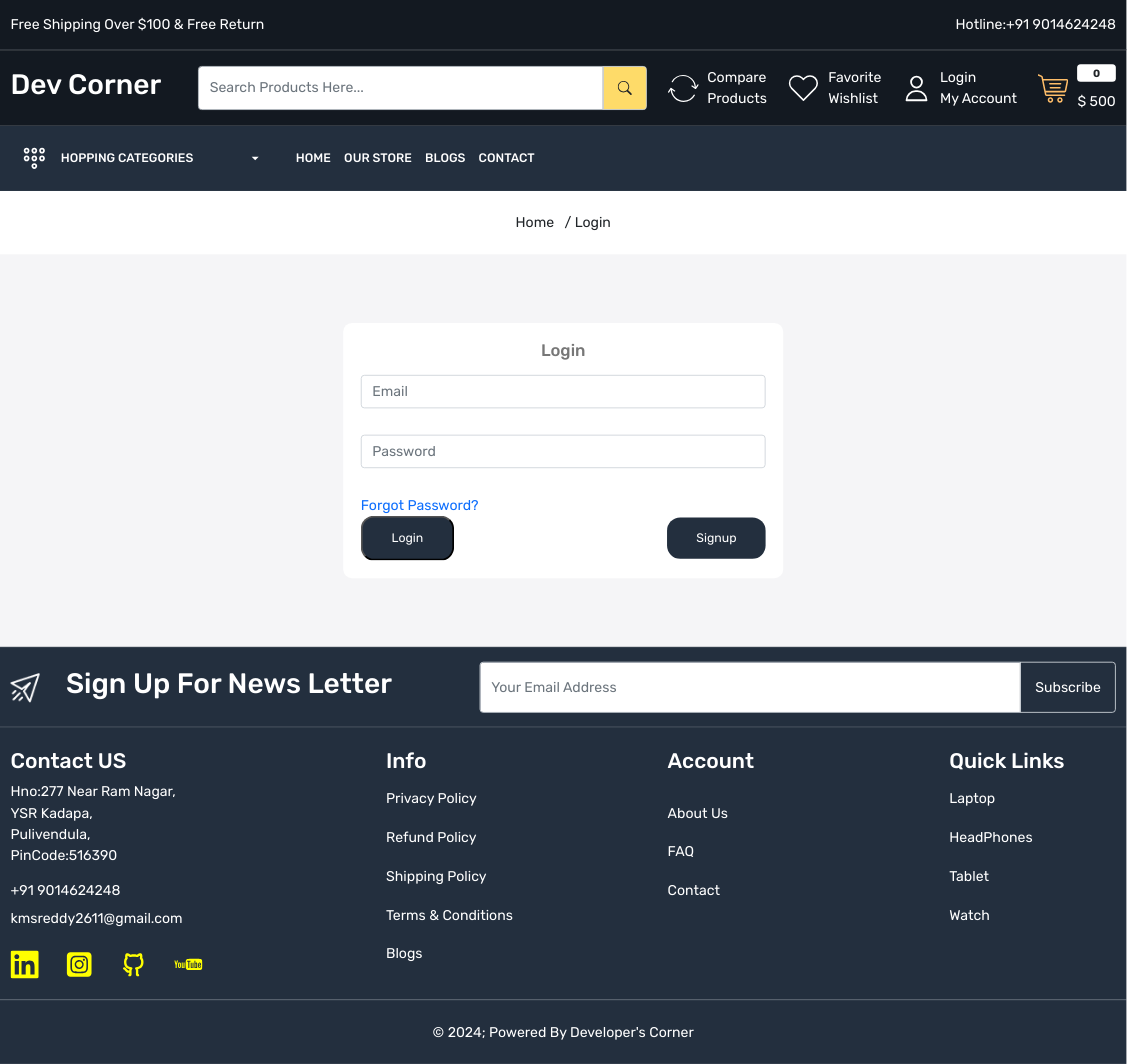
Repository: maniheist/ecommerce-app
Page: /login
These files come from the project's save history. The page is drawn as it stood at one moment and after the next save; the edit follows.
The browser window is 1280 px wide. The page is 1292 px wide, so the pictures cover 1292 px, including what lies to the right of the window. The pictures show the whole page, at 88% of full size.
The project was rebuilt for these pictures with package versions that can differ from the ones it lists, and the page was loaded fresh each time. Also part of the build but not shown: src/components/BlogCard.js, src/components/ProductCard.js, src/components/SpecialProduct.js, src/pages/Home.js, src/pages/About.js, src/pages/Contact.js, src/components/Color.js, src/pages/OurStore.js and 3 more.

Above is the page before, as saved 2024-02-20 15:19:11.

After the next save:
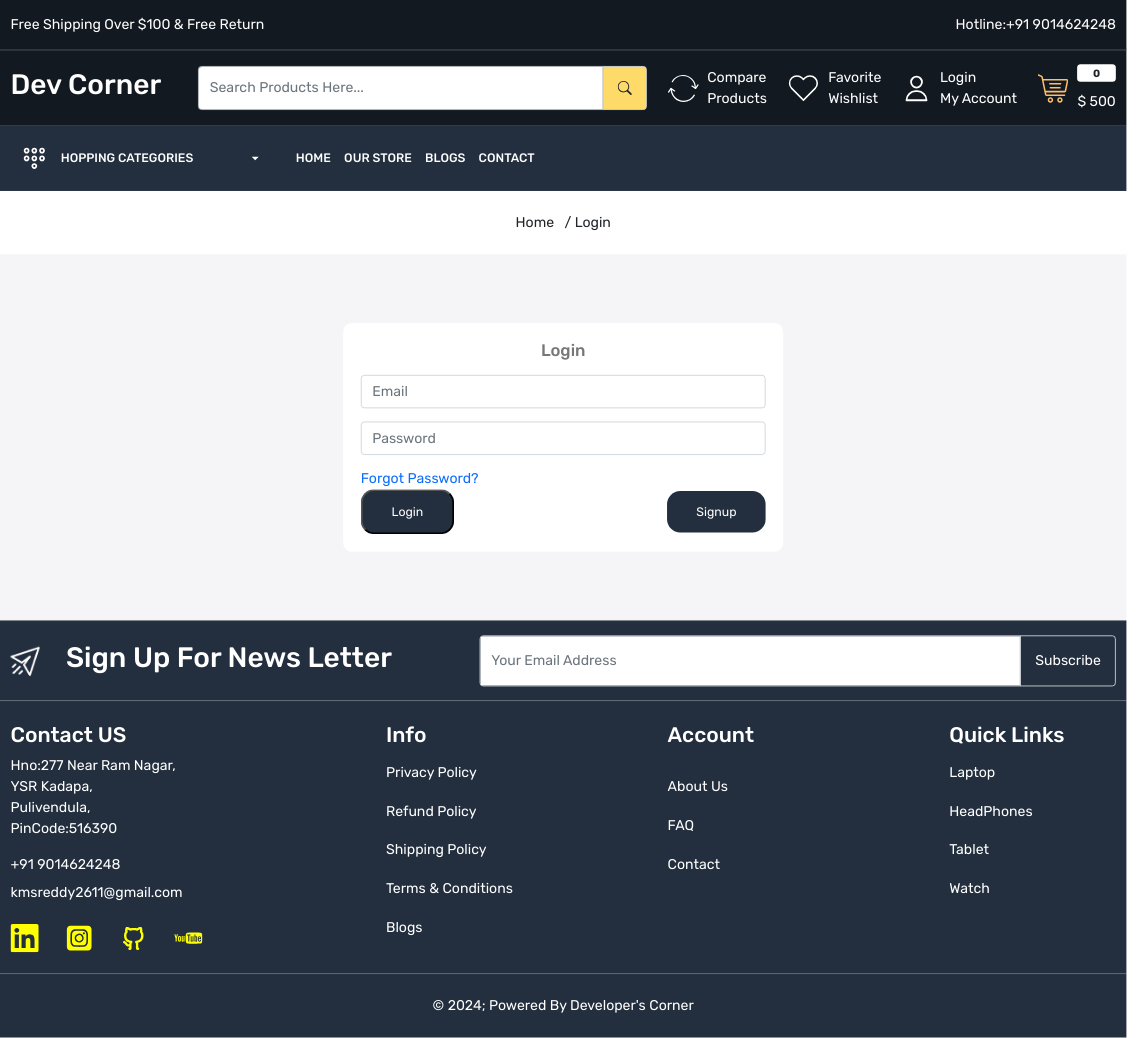
Saved 28 s later.
--- a/src/pages/Login.js
+++ b/src/pages/Login.js
@@ -11,7 +11,7 @@
             <div className='col-12'>
                 <div className='auth-card'>
                     <h3 className='text-center mb-3'>Login</h3>
-                    <form className='d-flex flex-column gap-30'>
+                    <form className='d-flex flex-column gap-15'>
                         <div><input type='email' name='email' placeholder='Email'  className='form-control'></input></div>
                         <div><input type='password' name='password' placeholder='Password' className='form-control'></input></div>
                         <div>
